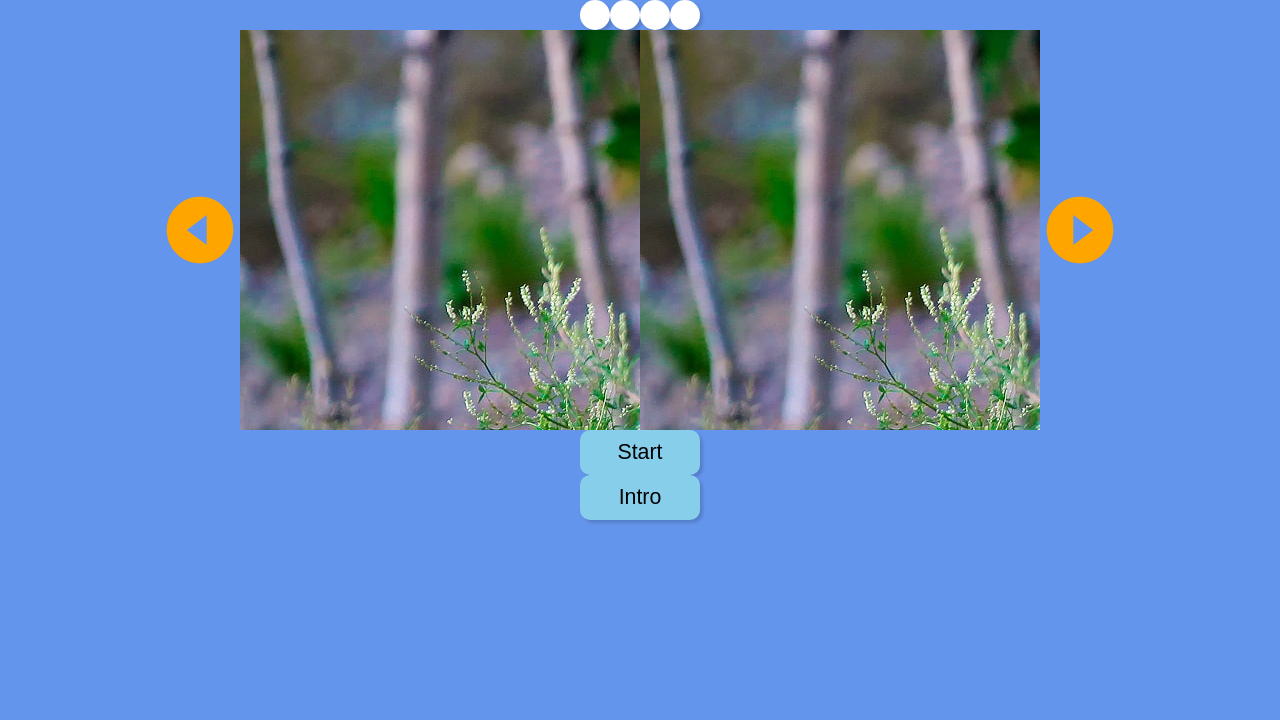
Repository: sylviaah/dynamicmidterm
Page: slider/slider.html
These files come from the project's save history. The page is drawn as it stood at one moment and after the next save; the edit follows.
The browser window is 1280 px wide. The pictures show the whole page.

Above is the page before, as saved 2020-03-13 12:44:17.

### slider/slider.html
<!DOCTYPE html>
<html>
    <html>
        <title>Slider</title>
        <link rel="stylesheet" href="slider.css">
        <link href="https://fonts.googleapis.com/icon?family=Material+Icons" rel="stylesheet">
    </html>
    <body>
        <div class="slider">
            <div class="slider_progress">
                <div class="progress 25"></div>
                <div class="progress 50"></div>
                <div class="progress 75"></div>
                <div class="progress 100"></div>
            </div>
            <div class="slider_slider">
                <i class="material-icons arrow_left" onclick="previous()">play_circle_filled</i>
                <div class="image_div img1">
                    <img class="instructions_image" src="imgs/img1.jpg" alt="">
                </div>
                <div class="image_div img2">
                    <img class="instructions_image" src="imgs/img1.jpg" alt="">
                </div>
                <i class="material-icons arrow_right" onclick="next()">play_circle_filled</i>
            </div>
            <div class="slider_menu">
                <div class="menu_start">Start</div>
                <div class="menu_intro">Intro</div>
            </div>
        </div>
        <script src="slider.js"></script>
    </body>
</html>

### slider/slider.css
body,html {
    margin: 0;
    background-color: cornflowerblue;
}

.slider{
    position: fixed;
    width: 100vw;
    height: 100vh;
    display: flex;
    flex-direction: column;
    align-items: center;
}

.slider_progress{
    display: flex;
}

.slider_progress div{
    width: 30px;
    height: 30px;
    background-color: white;
    border-radius: 50%;
    box-shadow: 3px 3px 3px rgb(0, 0, 0, 0.15);
}

.slider_slider{
    display: flex;
    align-items: center;
    justify-content: space-around;
}

.material-icons.arrow_left {
    /* visibility: hidden; */
    transform: rotate(180deg);
    font-size: 80px;
    color: orange;
}

.material-icons.arrow_right {
    visibility: visible;
    color: orange;
    font-size: 80px;
}

.image_div{
    width: 400px;
    height: 400px;
    overflow: hidden;
}

.img1, .img2{
    width: 400px;
    height: 400px;
    overflow: hidden;
}

.menu_start, .menu_intro{
    display: flex;
    width: 100px;
    justify-content: center;
    border-radius: 10px;
    padding: 10px 10px;
    background-color:skyblue;
    font-size: 16pt;
    font-family: Arial, Helvetica, sans-serif;
    box-shadow: 3px 3px 3px rgb(0, 0, 0, 0.15);
}

Loaded but not shown: slider/slider.js (no stored copy; drawn as an empty file)

After the next save:
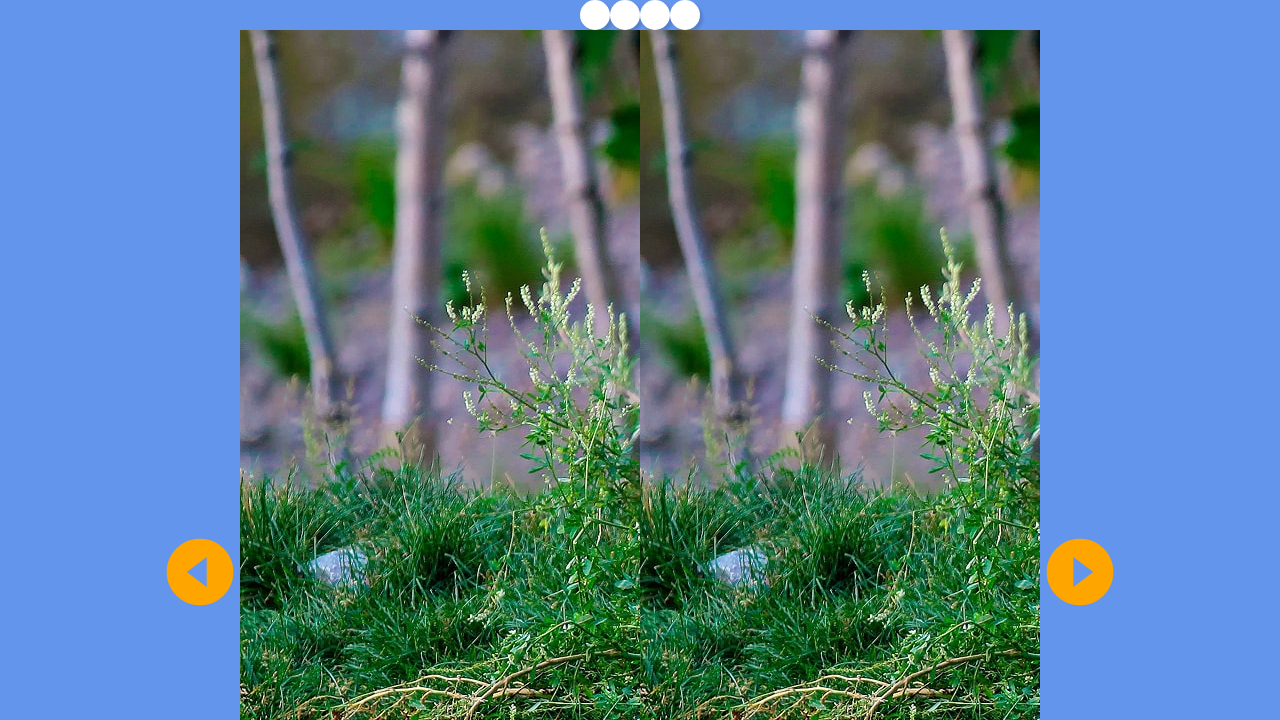
Saved 45 s later.
--- a/slider/slider.css
+++ b/slider/slider.css
@@ -50,9 +50,8 @@
 }
 
 .img1, .img2{
-    width: 400px;
-    height: 400px;
-    overflow: hidden;
+    object-fit: cover;
+    height: 100%;
 }
 
 .menu_start, .menu_intro{

After the save that followed:
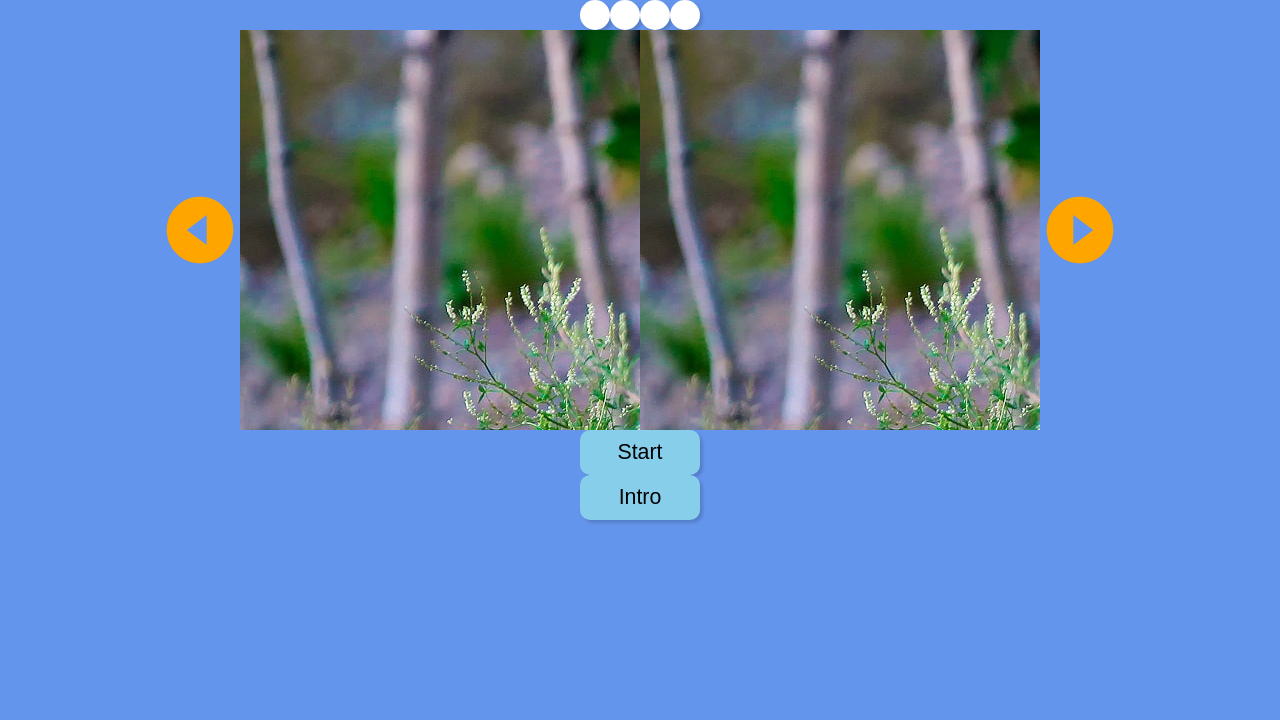
Saved 12 s later.
--- a/slider/slider.css
+++ b/slider/slider.css
@@ -51,7 +51,7 @@
 
 .img1, .img2{
     object-fit: cover;
-    height: 100%;
+    height: 400px;
 }
 
 .menu_start, .menu_intro{
